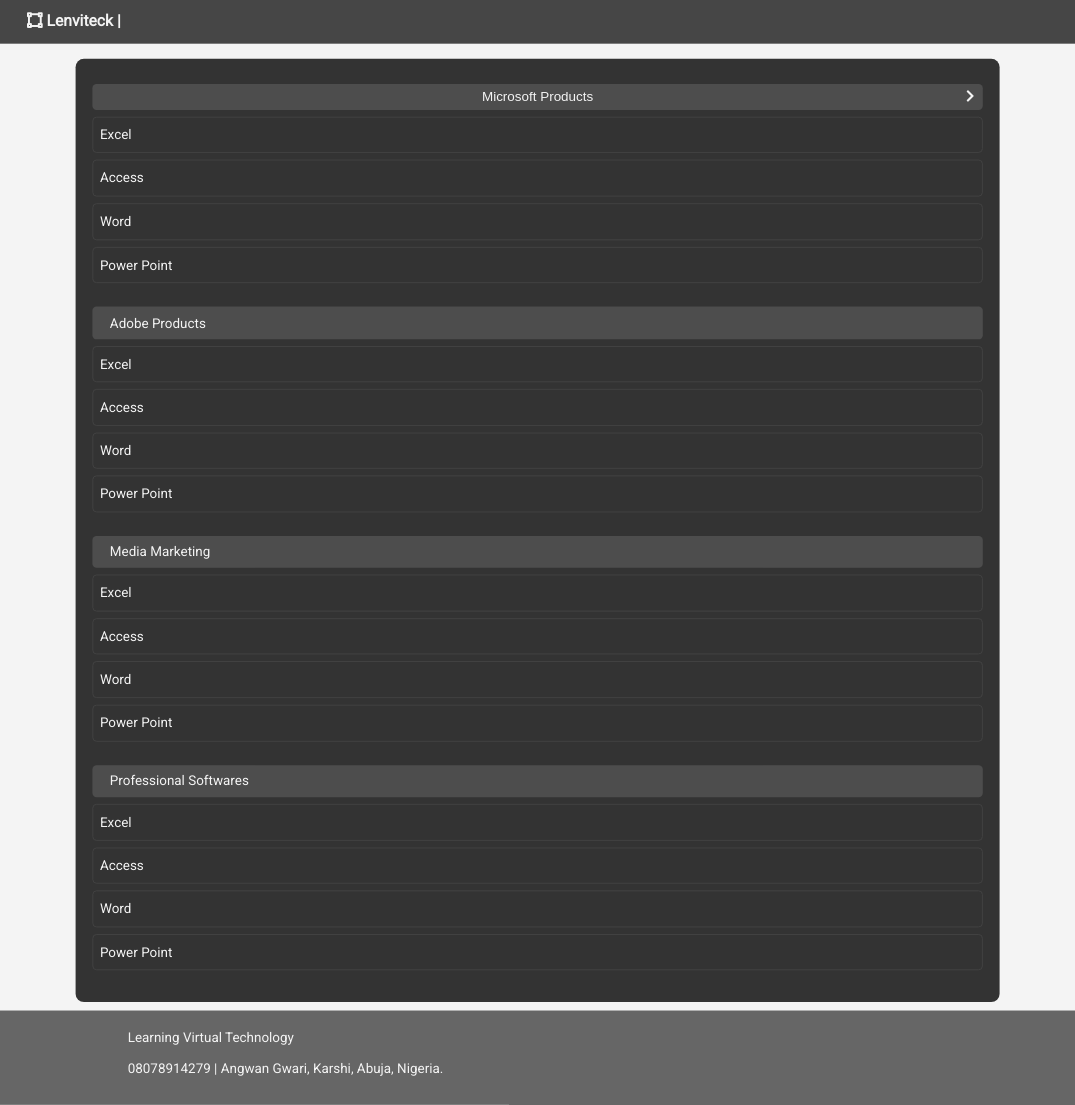
Repository: mxhdiqaim/lenviteck
Page: dist/trainingInstitute.html
These files come from the project's save history. The page is drawn as it stood at one moment and after the next save; the edit follows.
The browser window is 1280 px wide. The pictures show the whole page, at 84% of full size.
Some web libraries are served in a nearby version. The style sheet was rebuilt from its Sass, Less or Tailwind sources for each picture, by a compiler version that may differ from the author's.

Above is the page before, as saved 2021-04-15 17:19:05.

After the next save:
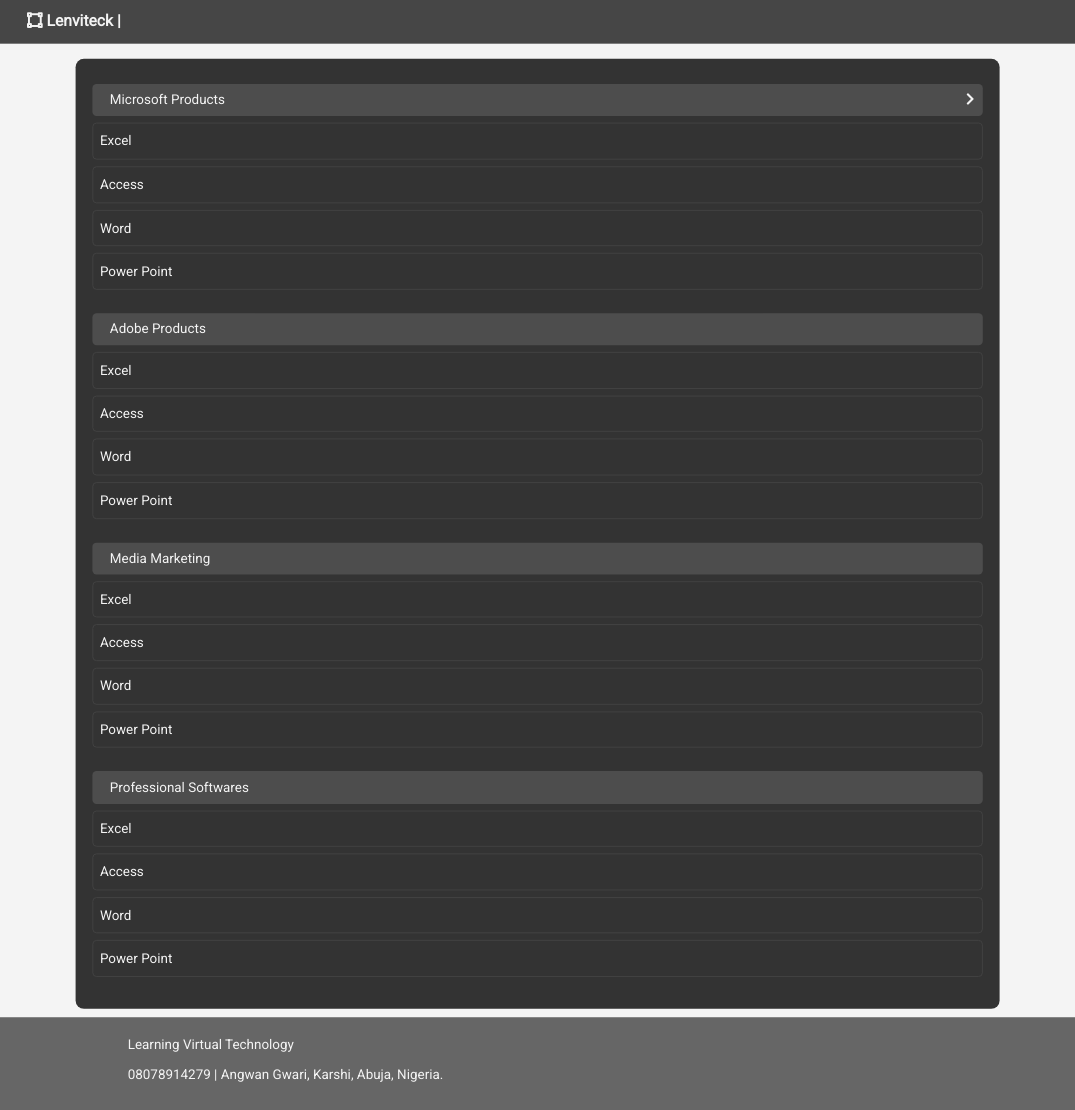
Saved 90 s later.
--- a/dist/trainingInstitute.html
+++ b/dist/trainingInstitute.html
@@ -19,7 +19,7 @@
       </nav>
  <section class="container section-1">
     <div class="works-list drop-down">
-        <button href="#" class="btn btn-block" >Microsoft Products<span><i class="fas fa-chevron-right"></i></span> </button>
+        <a href="#" class="btn btn-block" >Microsoft Products<span><i class="fas fa-chevron-right"></i></span> </a>
         <ul>
             <li class="card"><a href="#">Excel</a></li>
             <li class="card"><a href="#">Access</a></li>
